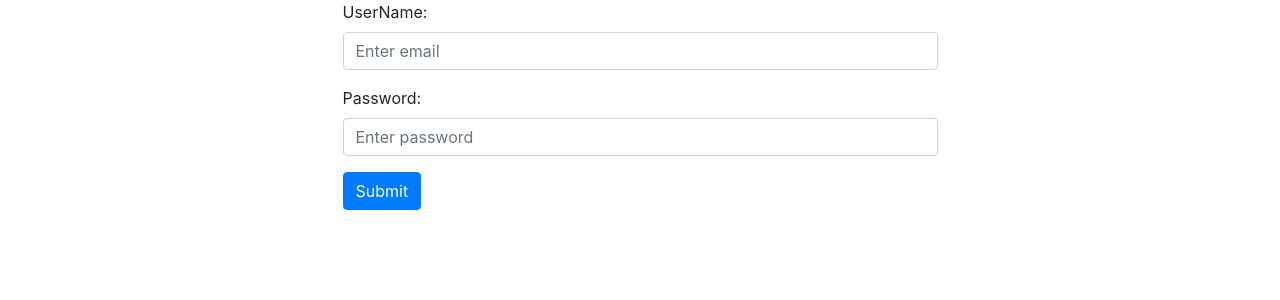
Repository: huutien1904/bai3-ltw
Page: http://localhost/login.php
The author's editor kept a copy of each file at every save. The page is drawn from the files as they stood at one save, then again after the next save.
The browser window is 1280 px wide. The pictures show the whole page.
The page is run by PHP 8.4 with error messages shown; the project is at /var/www/html/.

Above is the page before, as saved 2021-11-19 23:15:08.

### login.php
<!DOCTYPE html>
<html lang="en">
<head>
    <meta charset="UTF-8">
    <meta http-equiv="X-UA-Compatible" content="IE=edge">
    <meta name="viewport" content="width=device-width, initial-scale=1.0">
    <link rel="stylesheet" href="https://maxcdn.bootstrapcdn.com/bootstrap/4.5.2/css/bootstrap.min.css">
    <script src="https://ajax.googleapis.com/ajax/libs/jquery/3.5.1/jquery.min.js"></script>
    <script src="https://cdnjs.cloudflare.com/ajax/libs/popper.js/1.16.0/umd/popper.min.js"></script>
    <script src="https://maxcdn.bootstrapcdn.com/bootstrap/4.5.2/js/bootstrap.min.js"></script>
    <title>Login Quản lý khách hàng</title>
</head>
<body>
    <div class="container-fluid d-flex justify-content-center align-items-center">
        <div class="col-md-6">
            <form action="/action_page.php">
                <div class="form-group">
                    <label for="email">UserName:</label>
                    <input type="text" class="form-control" placeholder="Enter email" id="email" name="username">
                </div>
                <div class="form-group">
                    <label for="pwd">Password:</label>
                    <input type="password" class="form-control" placeholder="Enter password" id="pwd" name="password">
                </div>

                <button type="submit" class="btn btn-primary">Submit</button>
            </form>
        </div>
    </div>
</body>
</html>

After the next save:
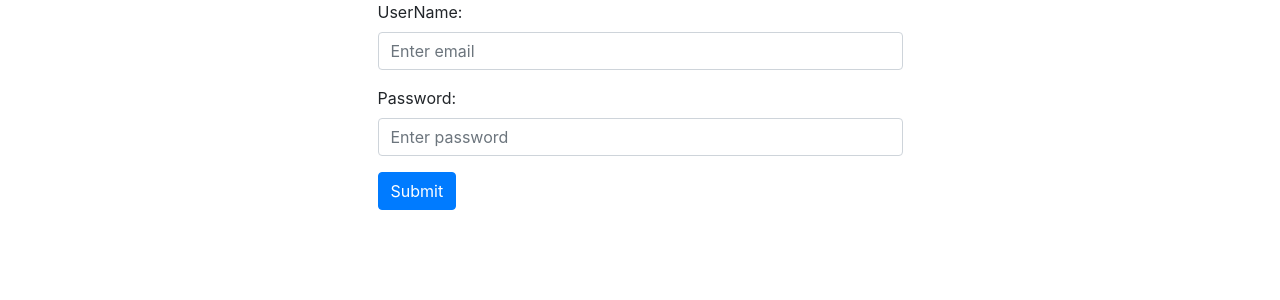
Saved 7 min 7 s later.
--- a/login.php
+++ b/login.php
@@ -11,7 +11,7 @@
     <title>Login Quản lý khách hàng</title>
 </head>
 <body>
-    <div class="container-fluid d-flex justify-content-center align-items-center">
+    <div class="container d-flex justify-content-center align-items-center">
         <div class="col-md-6">
             <form action="/action_page.php">
                 <div class="form-group">
